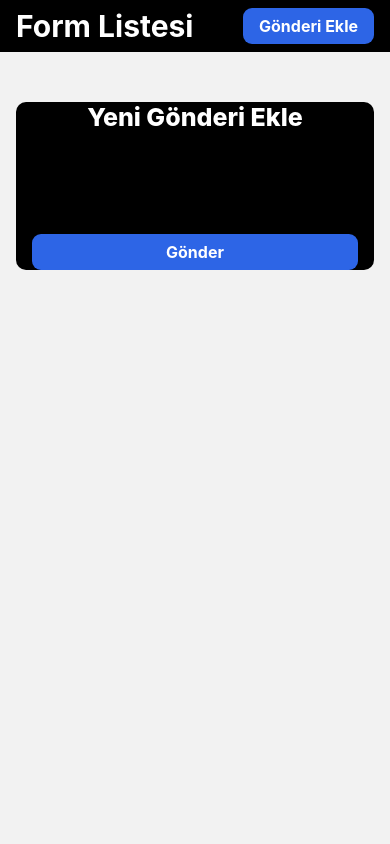
Repository: Kubraaygun/FirebaseRN
Screen: /
The author's editor kept a copy of each file at every save. The screen is drawn from the files as they stood at one save, then again after the next save.
The app was drawn by React Native's web renderer in a window 390 px wide. The project was rebuilt for these pictures with package versions that can differ from the ones it lists, and the page was loaded fresh each time. Also part of the build but not shown: src/screens/ListPost/ListPostView.jsx, src/screens/ListPost/ListPostController.jsx.

Above is the screen before, as saved 2025-01-20 20:47:49.

After the next save:
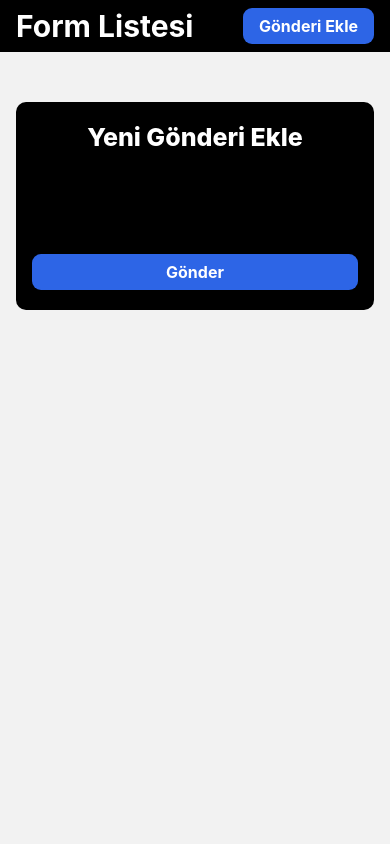
Saved 16 s later.
--- a/src/screens/AddPost/AddPostView.jsx
+++ b/src/screens/AddPost/AddPostView.jsx
@@ -34,6 +34,7 @@ const styles = StyleSheet.create({
     marginVertical: 50,
     marginHorizontal: 16,
     paddingHorizontal: 16,
+    paddingVertical: 20,
     borderRadius: 10,
   },
   formTitle: {
